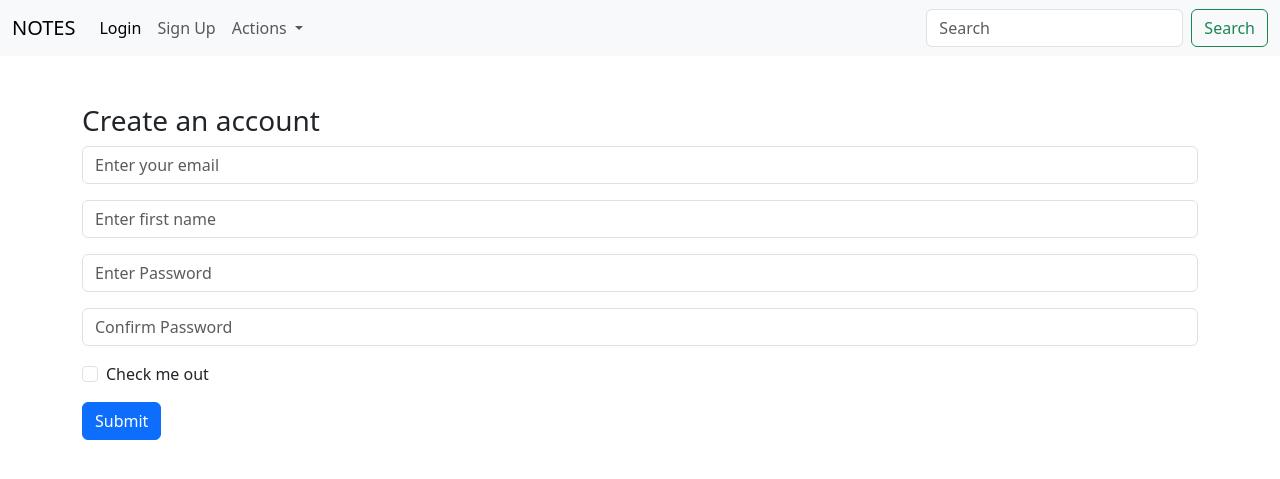
Repository: Qu4ntumGuy/flask-notes
Page: http://localhost/signup
An editor plug-in stored every save of this project. The page is shown before and after the next save, followed by the edit.
The browser window is 1280 px wide. The pictures show the whole page.
The page is served by the project's application, run on Flask 3 (website/__init__.py).

Above is the page before, as saved 2024-05-30 19:25:30.

After the next save:
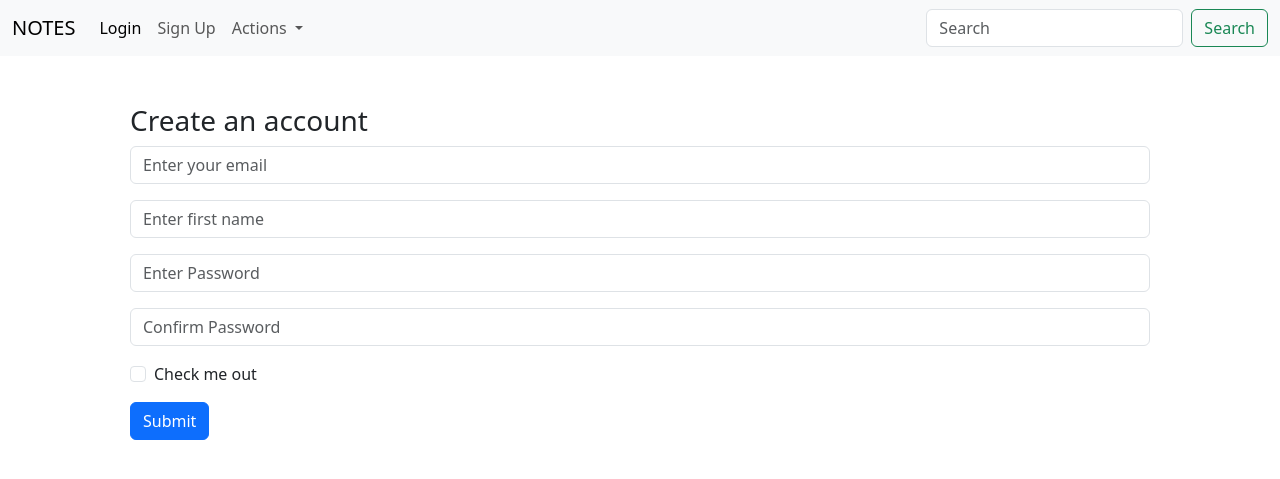
Saved 9 s later.
--- a/website/templates/signup.html
+++ b/website/templates/signup.html
@@ -1,7 +1,7 @@
 {%extends "index.html" %} {% block title %} Sign Up {% endblock %}
 
 {% block content %}
-<form method="post" class="m-10">
+<form method="post" class="m-5">
     <div class="mb-3 mt-5">
         <div class="">
             <h3>Create an account</h3>
